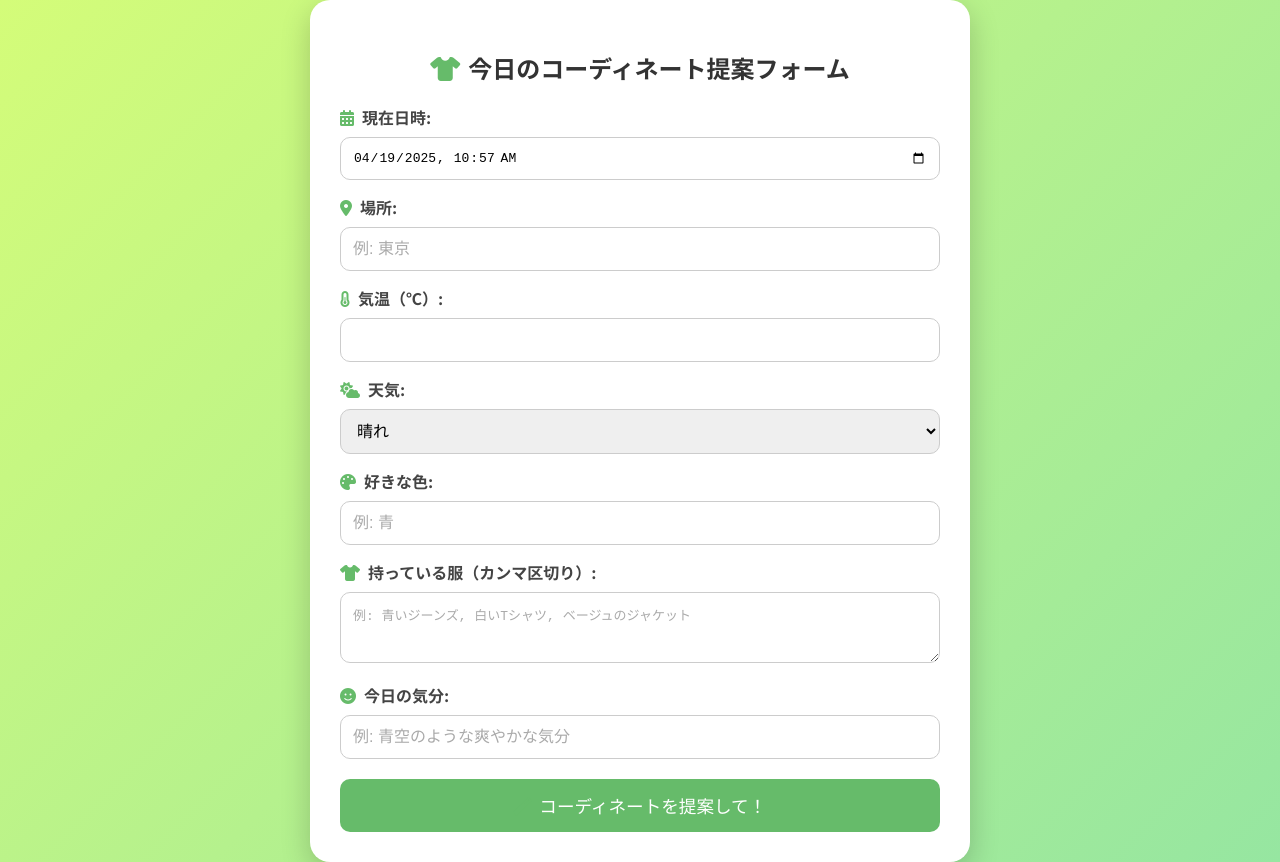
Repository: sgupge2332/cloth
Page: form copy.html
The author's editor kept a copy of each file at every save. The page is drawn from the files as they stood at one save, then again after the next save.
The browser window is 1280 px wide. The pictures show the whole page.

Above is the page before, as saved 2025-04-19 20:42:43.

After the next save:
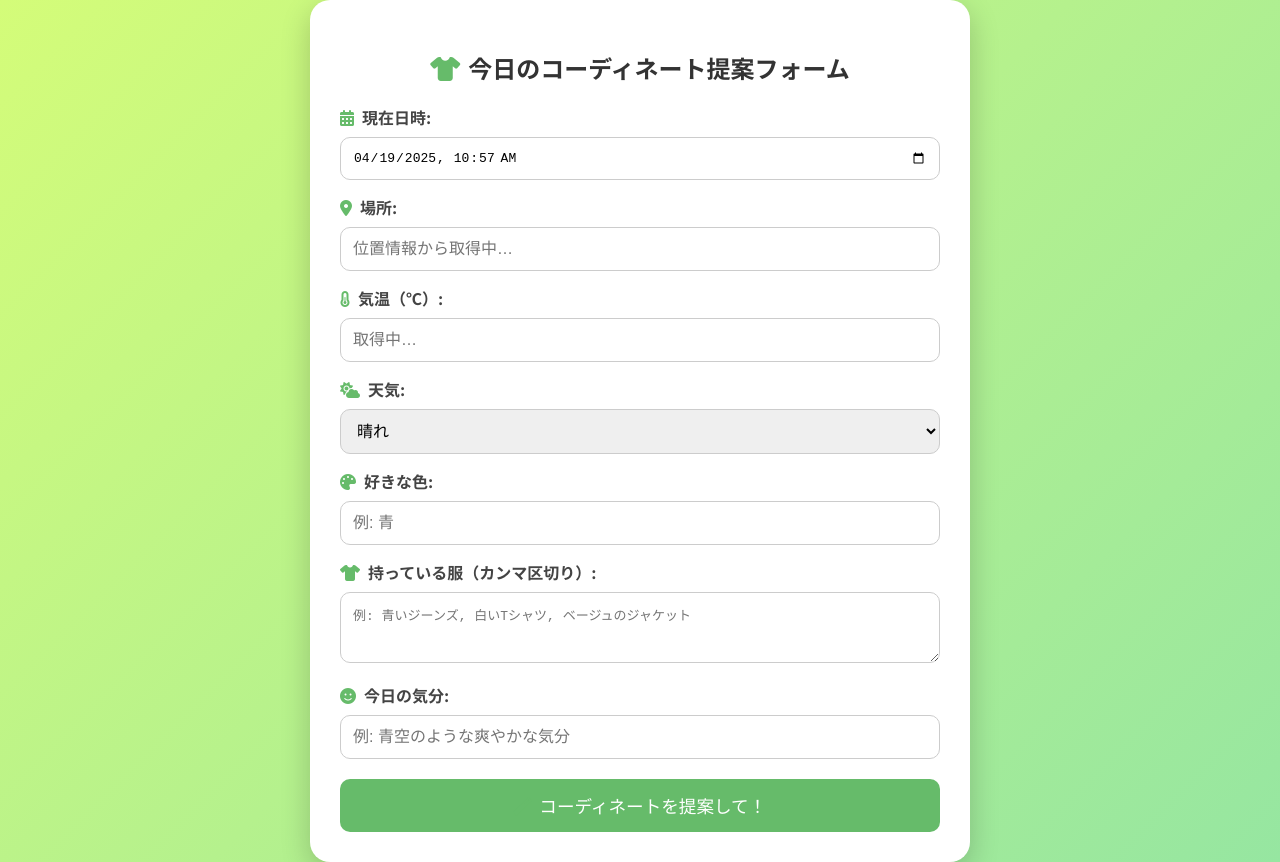
Saved 17 min 12 s later.
--- a/form copy.html
+++ b/form copy.html
@@ -17,12 +17,6 @@
       justify-content: center;
     }
 
-    h2 {
-      text-align: center;
-      color: #333;
-      margin-bottom: 20px;
-    }
-
     form {
       background: white;
       padding: 30px;
@@ -30,18 +24,12 @@
       box-shadow: 0 10px 30px rgba(0, 0, 0, 0.2);
       width: 100%;
       max-width: 600px;
-      animation: fadeInUp 1s ease forwards;
     }
 
-    @keyframes fadeInUp {
-      from {
-        transform: translateY(30px);
-        opacity: 0;
-      }
-      to {
-        transform: translateY(0);
-        opacity: 1;
-      }
+    h2 {
+      text-align: center;
+      color: #333;
+      margin-bottom: 20px;
     }
 
     label {
@@ -59,13 +47,6 @@
       border: 1px solid #ccc;
       font-size: 1em;
       box-sizing: border-box;
-      transition: 0.3s;
-    }
-
-    input:focus, select:focus, textarea:focus {
-      outline: none;
-      border-color: #66bb6a;
-      box-shadow: 0 0 8px rgba(102, 187, 106, 0.5);
     }
 
     button {
@@ -77,7 +58,6 @@
       border: none;
       border-radius: 10px;
       cursor: pointer;
-      transition: background 0.3s ease;
       width: 100%;
     }
 
@@ -89,10 +69,6 @@
       margin-right: 8px;
       color: #66bb6a;
     }
-
-    ::placeholder {
-      color: #aaa;
-    }
   </style>
 </head>
 <body>
@@ -103,10 +79,10 @@
     <input type="datetime-local" id="datetime" name="datetime" required>
 
     <label for="location"><i class="fas fa-map-marker-alt icon"></i>場所:</label>
-    <input type="text" id="location" name="location" placeholder="例: 東京" required>
+    <input type="text" id="location" name="location" placeholder="位置情報から取得中…" required>
 
     <label for="temperature"><i class="fas fa-thermometer-half icon"></i>気温（℃）:</label>
-    <input type="number" id="temperature" name="temperature" required>
+    <input type="number" id="temperature" name="temperature" placeholder="取得中…" required>
 
     <label for="weather"><i class="fas fa-cloud-sun icon"></i>天気:</label>
     <select id="weather" name="weather">
@@ -129,12 +105,42 @@
   </form>
 
   <script>
-    // ページ読み込み時に現在日時をセット
+    // 日時自動入力
     window.addEventListener('DOMContentLoaded', () => {
       const now = new Date();
-      now.setMinutes(now.getMinutes() - now.getTimezoneOffset()); // タイムゾーン補正
+      now.setMinutes(now.getMinutes() - now.getTimezoneOffset());
       document.getElementById('datetime').value = now.toISOString().slice(0, 16);
     });
+
+    // 位置情報の取得とAPIによる気温・天気取得
+    if (navigator.geolocation) {
+      navigator.geolocation.getCurrentPosition(async (position) => {
+        const lat = position.coords.latitude;
+        const lon = position.coords.longitude;
+
+        // --- 1. OpenWeatherから気温・天気取得 ---
+        const apiKey = "WHETHER_API_KEY"; // ← 自分のOpenWeather APIキーをここに！
+        const weatherURL = `https://api.openweathermap.org/data/2.5/weather?lat=${lat}&lon=${lon}&units=metric&lang=ja&appid=${apiKey}`;
+        const res = await fetch(weatherURL);
+        const data = await res.json();
+
+        // 場所名と気温を自動入力
+        document.getElementById('location').value = data.name;
+        document.getElementById('temperature').value = Math.round(data.main.temp);
+
+        // 天気選択も自動で
+        const weather = data.weather[0].main;
+        let weatherValue = "晴れ";
+        if (weather.includes("Rain")) weatherValue = "雨";
+        else if (weather.includes("Cloud")) weatherValue = "曇り";
+        else if (weather.includes("Snow")) weatherValue = "雪";
+        document.getElementById('weather').value = weatherValue;
+      }, (err) => {
+        alert("位置情報の取得に失敗しました。場所・気温を手動で入力してください。");
+      });
+    } else {
+      alert("このブラウザでは位置情報が利用できません。");
+    }
   </script>
 </body>
 </html>
